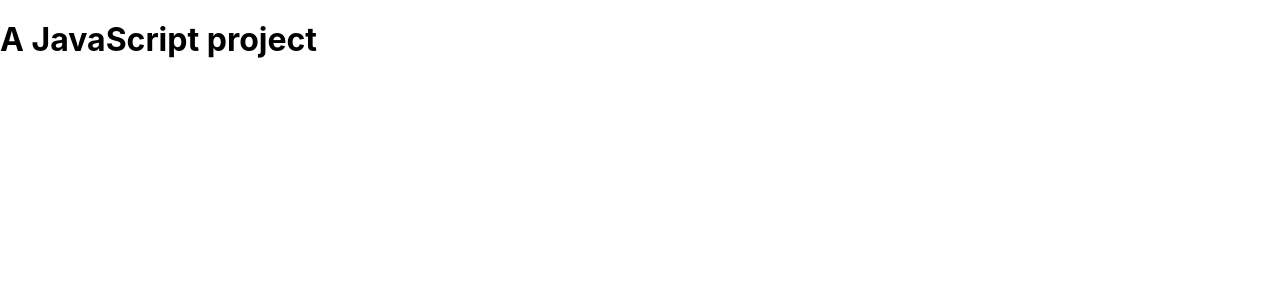
Repository: randysteele/todoapp-
Page: src/index.html
These files come from the project's save history. The page is drawn as it stood at one moment and after the next save; the edit follows.
The browser window is 1280 px wide. The pictures show the whole page.
The page's requests for data from a server got no answer.

Above is the page before, as saved 2021-02-09 15:14:46.
Console error: SyntaxError: Identifier 'backend_url' has already been declared

### src/index.html
<!DOCTYPE html>
<html lang="en">
<head>
  <title>A JavaScript project</title>
  <link rel="stylesheet" href="style.css">
  <meta name="viewport" content="width=device-width, initial-scale=1">
  <script type="application/javascript" src="/main.js" charset="UTF-8"></script>
  <script type="application/javascript" src="/task.js" charset="UTF-8"></script>

</head>
<body>
  <h1>A JavaScript project</h1>
  <div id="task-container">

  </div>

  <div id="app"></div>
  <script src="main.js"></script>
</body>
</html>

### src/main.js
'use strict';
const backend_url = "http://localhost:3000/tasks"

document.addEventListener('DOMContentLoaded', () => {
  getTasks();
})

function getTasks(){
  fetch(backend_url)
  .then(response => response.json())
  .then(list => {
    list.forEach(task => {
      const taskMarkup = `
      <div> ${task.id}.</div>
      <h3> Task: ${task.content}</h3>
      <div> Category: ${task.category}</div>
      `
      // debugger
      document.getElementById("task-container").innerHTML += taskMarkup
    })
  })
}

// function counter() {
//   let seconds = 0;
//   setInterval(() => {
//     seconds += 1;
//     document.getElementById('app').innerHTML = `<p>You have been here for ${seconds} seconds.</p>`;
//   }, 1000);
// }

// counter();

### src/task.js
class Task {

    constructor(task){
        this.id = task.id
        this.content = task.content
        this.category = task.category
        this.date = task.date
        Task.all.push(this);
        debugger
    }

    renderTaskCard(){
        return `
        <div data-id=${this.id}>
        <div data-id=${this.content}>
        <div data-id=${this.category}>
        <div data-id=${this.date}>
        </div></div></div></div>
        `;

    }
}
Task.all = [];

Loaded but not shown: src/style.css (common file)

After the next save:
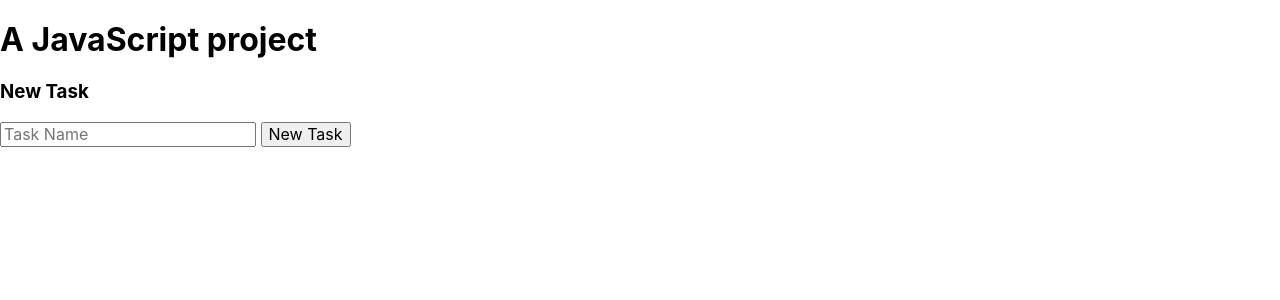
Saved 39 min 8 s later.
--- a/src/index.html
+++ b/src/index.html
@@ -13,6 +13,16 @@
   <div id="task-container">
 
   </div>
+  <div class="form-container">
+    <h3>New Task</h3>
+    <form id="create-task-form" class="form">
+     <input id="input-name" type="text" name="name" value="" placeholder="Task Name">
+     <input id="Add New Task" type="submit" name="New Task" value="New Task">
+
+    </form>
+
+
+  </div>
 
   <div id="app"></div>
   <script src="main.js"></script>
--- a/src/main.js
+++ b/src/main.js
@@ -20,13 +20,3 @@ function getTasks(){
     })
   })
 }
-
-// function counter() {
-//   let seconds = 0;
-//   setInterval(() => {
-//     seconds += 1;
-//     document.getElementById('app').innerHTML = `<p>You have been here for ${seconds} seconds.</p>`;
-//   }, 1000);
-// }
-
-// counter();
